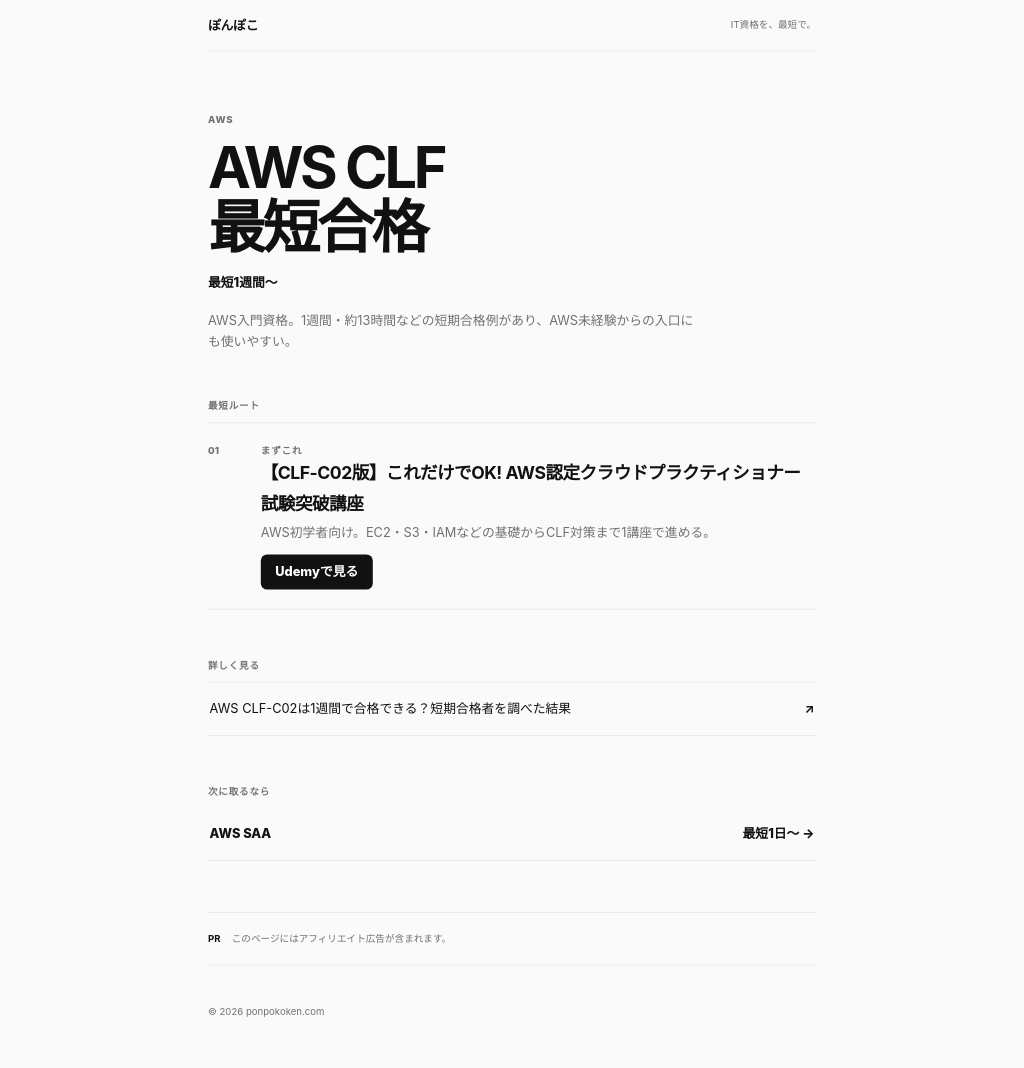
Repository: YUI012/ponpokoken
Page: /aws-clf
These files come from the project's save history. The page is drawn as it stood at one moment and after the next save; the edit follows.
The browser window is 1280 px wide. The pictures show the whole page, at 80% of full size.
The project was rebuilt for these pictures with package versions that can differ from the ones it lists, and the page was loaded fresh each time. The framework's server and built-in components were replaced by stand-ins that run in the browser. Also part of the build but not shown: components/CareerAd.js.

Above is the page before, as saved 2026-09-03 22:57:30.

After the next save:
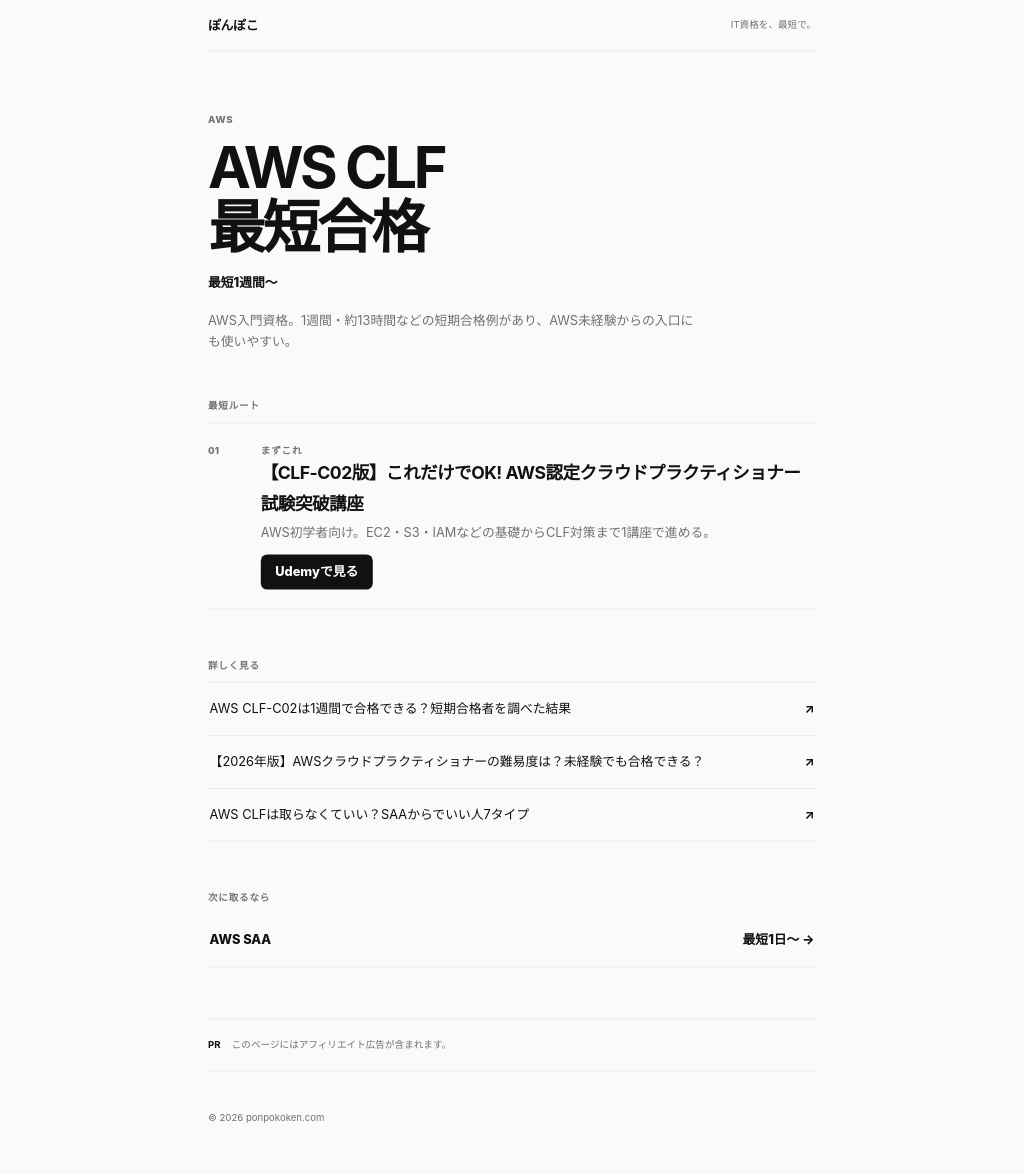
Saved 2 min 55 s later.
--- a/data/articles.js
+++ b/data/articles.js
@@ -1,46 +1,180 @@
 export const articles = {
+  // =========================
+  // LPIC-1
+  // =========================
+
   "lpic-2weeks": {
     title: "LPIC-1は2週間で取れる？短期合格者を調べた結果",
     url: "https://note.com/ponpoko_0803/n/n7b63485649b3"
   },
+
+  "lpic-vs-ccna": {
+    title: "CCNAとLPIC、先に取るならどっち？",
+    url: "https://note.com/ponpoko_0803/n/n27e16822d8a9"
+  },
+
+  "lpic-vs-saa": {
+    title: "LPICとAWS SAA、先に取るならどっち？",
+    url: "https://note.com/ponpoko_0803/n/n2836d429eb46"
+  },
+
+
+  // =========================
+  // CCNA
+  // =========================
 
   "ccna-10days": {
     title: "CCNAは10日で合格できる？短期合格者を調べた結果",
     url: "https://note.com/ponpoko_0803/n/nf6448d3149d5"
   },
 
+  "ccna-udemy": {
+    title: "【2026年版】CCNA対策におすすめのUdemy講座3選｜料金・問題数・動画時間を比較",
+    url: "https://note.com/ponpoko_0803/n/n199789af17e7"
+  },
+
+  "ccna-simulation": {
+    title: "【2026年版】CCNAのシミュレーション問題を捨てても合格できる？",
+    url: "https://note.com/ponpoko_0803/n/n8e91f43faf17"
+  },
+
+
+  // =========================
+  // AWS CLF
+  // =========================
+
   "aws-clf-1week": {
     title: "AWS CLF-C02は1週間で合格できる？短期合格者を調べた結果",
     url: "https://note.com/ponpoko_0803/n/n22025aeda527"
   },
+
+  "aws-clf-difficulty": {
+    title: "【2026年版】AWSクラウドプラクティショナーの難易度は？未経験でも合格できる？",
+    url: "https://note.com/ponpoko_0803/n/n95eb8a68a307"
+  },
+
+  "aws-clf-skip": {
+    title: "AWS CLFは取らなくていい？SAAからでいい人7タイプ",
+    url: "https://note.com/ponpoko_0803/n/n76fcba903eb3"
+  },
+
+
+  // =========================
+  // AWS SAA
+  // =========================
 
   "aws-saa-1day": {
     title: "AWS SAAは1日で合格できる？短期合格者を調べた結果",
     url: "https://note.com/ponpoko_0803/n/nd41e8ce4ddc5"
   },
 
+  "aws-saa-udemy": {
+    title: "【2026年版】AWS SAA対策におすすめのUdemy講座5選",
+    url: "https://note.com/ponpoko_0803/n/ncc4f3250a71d"
+  },
+
+  "aws-saa-mock-score": {
+    title: "AWS SAA、模試何点なら受験していい？落ちたら追加2万円",
+    url: "https://note.com/ponpoko_0803/n/n49f0f00a178f"
+  },
+
+
+  // =========================
+  // AWS AI Practitioner
+  // =========================
+
   "aws-ai-10hours": {
     title: "AWS AI Practitionerは10時間で合格できる？短期合格者を調べた結果",
     url: "https://note.com/ponpoko_0803/n/n39cc167c5ef6"
   },
+
+  "aws-ai-mock-score": {
+    title: "【2026年版】AWS AI PractitionerのUdemy模試は何％取れば受けていい？",
+    url: "https://note.com/ponpoko_0803/n/n286d9dbbfb7d"
+  },
+
+  "aws-ai-udemy-shortest": {
+    title: "【2026年版】AWS AI PractitionerはUdemy中心で短期合格できる？3人を比較",
+    url: "https://note.com/ponpoko_0803/n/n33e958673949"
+  },
+
+
+  // =========================
+  // AI-900
+  // =========================
 
   "ai900-10hours": {
     title: "AI-900は10時間で合格できる？短期合格者を調べた結果",
     url: "https://note.com/ponpoko_0803/n/nf00a96454e0d"
   },
 
+  "ai900-related-az900": {
+    title: "AZ-900は3時間で合格できる？短期合格者を調べた結果",
+    url: "https://note.com/ponpoko_0803/n/n81fdfb0d57b7"
+  },
+
+  "ai900-related-sc900": {
+    title: "SC-900は3時間で合格できる？短期合格者を調べた結果",
+    url: "https://note.com/ponpoko_0803/n/nd913909be874"
+  },
+
+
+  // =========================
+  // AZ-900
+  // =========================
+
   "az900-3hours": {
     title: "AZ-900は3時間で合格できる？短期合格者を調べた結果",
     url: "https://note.com/ponpoko_0803/n/n81fdfb0d57b7"
   },
+
+  "az900-udemy": {
+    title: "【2026年版】AZ-900対策におすすめのUdemy講座5選｜Microsoft Azure Fundamentals",
+    url: "https://note.com/ponpoko_0803/n/nb52e39f139da"
+  },
+
+  "az900-related-sc900": {
+    title: "SC-900は3時間で合格できる？短期合格者を調べた結果",
+    url: "https://note.com/ponpoko_0803/n/nd913909be874"
+  },
+
+
+  // =========================
+  // SC-900
+  // =========================
 
   "sc900-3hours": {
     title: "SC-900は3時間で合格できる？短期合格者を調べた結果",
     url: "https://note.com/ponpoko_0803/n/nd913909be874"
   },
 
+  "sc900-related-az900": {
+    title: "AZ-900は3時間で合格できる？短期合格者を調べた結果",
+    url: "https://note.com/ponpoko_0803/n/n81fdfb0d57b7"
+  },
+
+  "sc900-related-ai900": {
+    title: "AI-900は10時間で合格できる？短期合格者を調べた結果",
+    url: "https://note.com/ponpoko_0803/n/nf00a96454e0d"
+  },
+
+
+  // =========================
+  // 生成AIパスポート
+  // =========================
+
   "generative-ai-passport-20hours": {
     title: "【2026年版】生成AIパスポートは20時間前後で合格できる？短期合格者を比較",
     url: "https://note.com/ponpoko_0803/n/nf470c2200966"
+  },
+
+  "generative-ai-passport-udemy": {
+    title: "【2026年版】生成AIパスポートのUdemy420問は初回60％でも間に合う？",
+    url: "https://note.com/ponpoko_0803/n/n89b1a159dc9c"
+  },
+
+  "generative-ai-passport-chatgpt": {
+    title: "【2026年版】ChatGPTやGeminiだけで生成AIパスポート対策するのは危険？",
+    url: "https://note.com/ponpoko_0803/n/nc8fe80371765"
   }
 };
